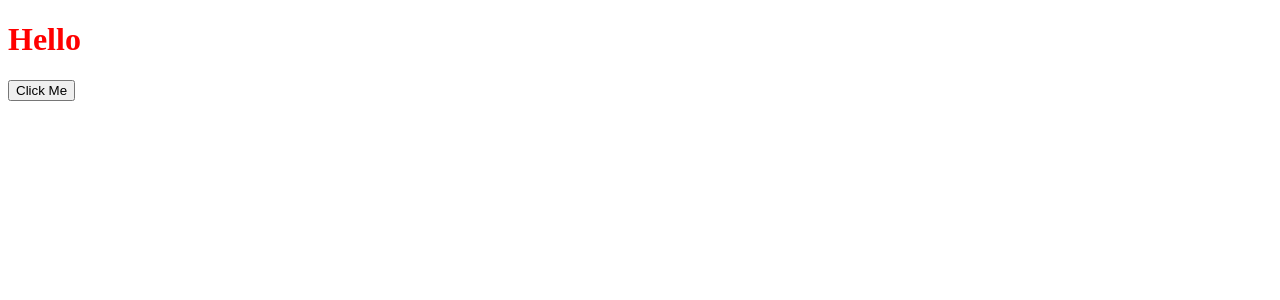
Repository: jnguyen113/DOM-Manipulation
Page: index.html
The author's editor kept a copy of each file at every save. The page is drawn from the files as they stood at one save, then again after a run of saves.
The browser window is 1280 px wide. The pictures show the whole page.

Above is the page before, as saved 2020-06-12 10:46:01.

### index.html
<!DOCTYPE html>
<html>

<body>
    <h1 class="title">Hello</h1>
    <button class = "changeColor">Click Me</button>

</body>
<script src="main.js"></script>

</html>

### main.js
const text = document.querySelector('.title');
const changeColor = document.querySelector('.changeColor');

text.style.color = 'red';

After the next 2 saves:
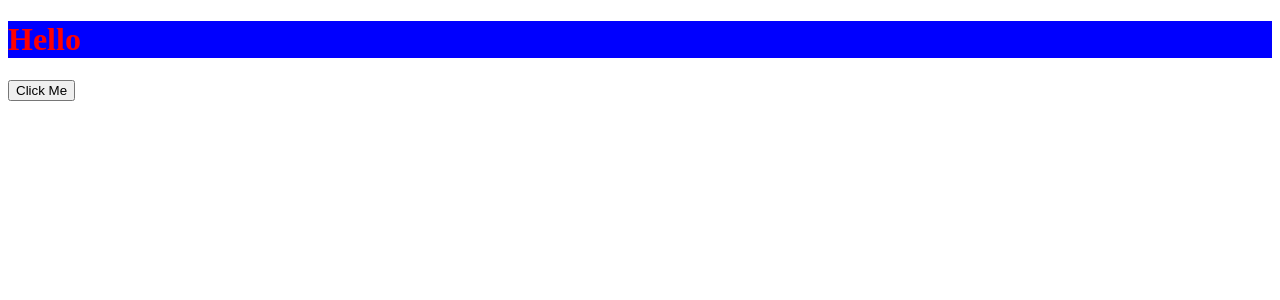
The 2 saves are shown as one change because they came seconds apart.
The last was saved 45 s later.
--- a/main.js
+++ b/main.js
@@ -2,3 +2,4 @@ const text = document.querySelector('.title');
 const changeColor = document.querySelector('.changeColor');
 
 text.style.color = 'red';
+text.style.backgroundColor = 'blue';
